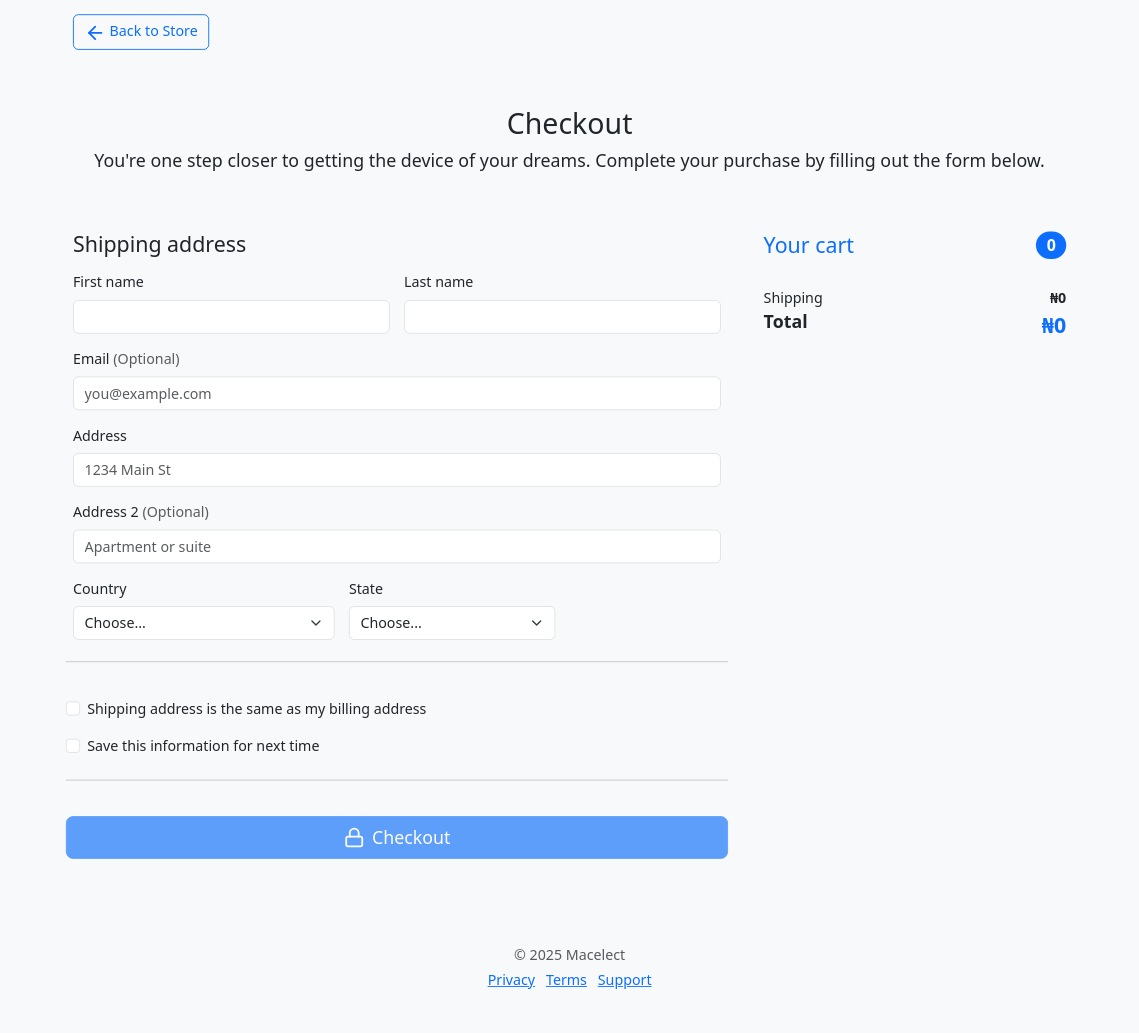
Repository: Davidobi21/macelect
Page: frontend/pages/checkout.html
The author's editor kept a copy of each file at every save. The page is drawn from the files as they stood at one save, then again after the next save.
The browser window is 1280 px wide. The pictures show the whole page, at 89% of full size.

Above is the page before, as saved 2025-04-30 07:38:20.

### frontend/pages/checkout.html
<!DOCTYPE html>
<html lang="en">
<head>
  <meta charset="UTF-8">
  <meta name="viewport" content="width=device-width, initial-scale=1.0">
  <title>Checkout</title>
  <script src="https://cdn.jsdelivr.net/npm/lucide@latest/dist/umd/lucide.min.js"></script>
  <script src="./js/checkout.js" defer></script>
  <link href="https://cdn.jsdelivr.net/npm/bootstrap@5.3.0-alpha1/dist/css/bootstrap.min.css" rel="stylesheet">
</head>
<body class="bg-light">
  <div class="container">
    <!-- Back Button -->
    <div class="py-3">
      <a href="../pages/products.html" class="btn btn-outline-primary align-items-center gap-2">
        <i data-lucide="arrow-left"></i> Back to Store
      </a>
    </div>

    <main>
      <div class="py-5 text-center">
        <h2>Checkout</h2>
        <p class="lead">You're one step closer to getting the device of your dreams. Complete your purchase by filling out the form below.</p>
      </div>

      <div class="row g-5">
        <!-- Cart Summary -->
        <div class="col-md-5 col-lg-4 order-md-last">
          <h4 class="d-flex justify-content-between align-items-center mb-3">
            <span class="text-primary">Your cart</span>
            <span class="badge bg-primary rounded-pill cart-count">0</span>
          </h4>
          <ul class="list-group mb-3" id="cart-summary">
            <!-- Cart items will be dynamically populated here -->
          </ul>
          <li class="list-group-item d-flex justify-content-between">
            <span>Shipping</span>
            <strong id="shipping-cost">₦0</strong>
          </li>
          <li class="list-group-item d-flex justify-content-between">
            <span class="fs-5 fw-bold">Total</span>
            <strong id="cart-total" class="fs-4 fw-bold text-primary">₦0</strong>
          </li>
        </div>

        <!-- Billing Form -->
        <div class="col-md-7 col-lg-8">
          <h4 class="mb-3">Shipping address</h4>
          <form>
            <div class="row g-3">
              <div class="col-sm-6">
                <label for="firstName" class="form-label">First name</label>
                <input type="text" class="form-control" id="firstName" placeholder="" value="" required>
              </div>

              <div class="col-sm-6">
                <label for="lastName" class="form-label">Last name</label>
                <input type="text" class="form-control" id="lastName" placeholder="" value="" required>
              </div>

              <div class="col-12">
                <label for="email" class="form-label">Email <span class="text-muted">(Optional)</span></label>
                <input type="email" class="form-control" id="email" placeholder="you@example.com">
              </div>

              <div class="col-12">
                <label for="address" class="form-label">Address</label>
                <input type="text" class="form-control" id="address" placeholder="1234 Main St" required>
              </div>

              <div class="col-12">
                <label for="address2" class="form-label">Address 2 <span class="text-muted">(Optional)</span></label>
                <input type="text" class="form-control" id="address2" placeholder="Apartment or suite">
              </div>

              <div class="col-md-5">
                <label for="country" class="form-label">Country</label>
                <select class="form-select" id="country" required>
                  <option value="">Choose...</option>
                  <option value="Nigeria">Nigeria</option>
                  <option value="United States">United States</option>
                </select>
              </div>

              <div class="col-md-4">
                <label for="state" class="form-label">State</label>
                <select class="form-select" id="state" required>
                  <option value="">Choose...</option>
                  <option value="Lagos">Lagos</option>
                  <option value="California">California</option>
                </select>
              </div>

            <hr class="my-4">

            <div class="form-check">
              <input type="checkbox" class="form-check-input" id="same-address">
              <label class="form-check-label" for="same-address">Shipping address is the same as my billing address</label>
            </div>

            <div class="form-check">
              <input type="checkbox" class="form-check-input" id="save-info">
              <label class="form-check-label" for="save-info">Save this information for next time</label>
            </div>

            <hr class="my-4">

            <button id="checkoutButton" class="w-100 btn btn-primary btn-lg d-flex align-items-center justify-content-center gap-2" type="submit" disabled>
              <i id="padlockIcon" data-lucide="lock"></i> Checkout
            </button>
          </form>
        </div>
      </div>
    </main>

    <footer class="my-5 pt-5 text-muted text-center text-small">
      <p class="mb-1">© 2025 Macelect</p>
      <ul class="list-inline">
        <li class="list-inline-item"><a href="../pages/fqa.html">Privacy</a></li>
        <li class="list-inline-item"><a href="../pages/fqa.html">Terms</a></li>
        <li class="list-inline-item"><a href="../pages/fqa.html">Support</a></li>
      </ul>
    </footer>
  </div>
  <script src="https://cdn.jsdelivr.net/npm/bootstrap@5.3.0-alpha1/dist/js/bootstrap.bundle.min.js"></script>
</body>
</html>

### frontend/pages/js/checkout.js
document.addEventListener("DOMContentLoaded", () => {
  lucide.createIcons(); // Initialize Lucide icons

  const cartSummary = document.getElementById("cart-summary");
  const cartTotal = document.getElementById("cart-total");
  const shippingCostElement = document.getElementById("shipping-cost");
  const cartCount = document.querySelector(".cart-count");
  const countrySelect = document.getElementById("country");
  const stateSelect = document.getElementById("state");
  const checkoutButton = document.getElementById("checkoutButton");
  const padlockIcon = document.getElementById("padlockIcon");
  const formInputs = document.querySelectorAll("#firstName, #lastName, #email, #address, #country, #state, #zip");

  const cart = JSON.parse(localStorage.getItem("cart")) || [];
  let total = 0;

  function calculateShippingCost(country, state) {
    if (country !== "Nigeria") return 0;

    const distanceTiers = {
      // Distance Level 0 (Abuja)
      "Abuja": 0,

      // Distance Level 1 (nearby states)
      "Nasarawa": 1,
      "Kogi": 1,
      "Kaduna": 1,
      "Niger": 1,

      // Distance Level 2
      "Benue": 2,
      "Kwara": 2,
      "Plateau": 2,
      "Taraba": 2,

      // Distance Level 3
      "Lagos": 3,
      "Oyo": 3,
      "Ondo": 3,
      "Edo": 3,
      "Delta": 3,

      // Distance Level 4 (farther states)
      "Anambra": 4,
      "Enugu": 4,
      "Imo": 4,
      "Rivers": 4,
      "Akwa Ibom": 4,
      "Bayelsa": 4,
      "Borno": 4,
      "Yobe": 4,
      "Zamfara": 4,
      "Sokoto": 4,
      "Kebbi": 4,
      "Kano": 4,
      "Jigawa": 4,
      "Gombe": 4,
      "Bauchi": 4,
      "Ekiti": 4,
      "Osun": 4,
      "Ebonyi": 4,
      "Abia": 4,
      "Cross River": 4,

      // Default tier if not listed
      "Others": 3
    };

    const tier = distanceTiers[state] !== undefined ? distanceTiers[state] : distanceTiers["Others"];
    return 2000 * (tier + 1); // base = ₦2000, so tier 0 = ₦2000, tier 1 = ₦4000, etc.
  }


  function updateCartSummary() {
    cartSummary.innerHTML = ""; // Clear existing content
    total = 0;

    cart.forEach(item => {
      const itemTotal = item.price * item.quantity;
      total += itemTotal;

      const listItem = document.createElement("li");
      listItem.className = "list-group-item d-flex justify-content-between lh-sm";
      listItem.innerHTML = `
        <div>
          <h6 class="my-0">${item.name}</h6>
          <small class="text-muted">Quantity: ${item.quantity}</small>
        </div>
        <span class="text-muted">₦${itemTotal.toLocaleString()}</span>
      `;
      cartSummary.appendChild(listItem);
    });

    const country = countrySelect.value;
    const state = stateSelect.value;
    const shippingCost = calculateShippingCost(country, state);

    shippingCostElement.textContent = `₦${shippingCost.toLocaleString()}`;
    cartTotal.textContent = `₦${(total + shippingCost).toLocaleString()}`;
    cartCount.textContent = cart.reduce((count, item) => count + item.quantity, 0);

    validateCheckoutButton(); // Check if the button should be enabled
  }

  function validateCheckoutButton() {
    const isFormValid = Array.from(formInputs).every(input => input.value.trim() !== "");
    const isCartNotEmpty = cart.length > 0;

    if (isFormValid && isCartNotEmpty) {
      checkoutButton.disabled = false;
      padlockIcon.setAttribute("data-lucide", "unlock");
    } else {
      checkoutButton.disabled = true;
      padlockIcon.setAttribute("data-lucide", "lock");
    }
    lucide.createIcons(); // Refresh Lucide icons after updating the padlock
  }

  formInputs.forEach(input => {
    input.addEventListener("input", validateCheckoutButton);
  });

  countrySelect.addEventListener("change", updateCartSummary);
  stateSelect.addEventListener("change", updateCartSummary);

  updateCartSummary(); // Initial update
});

After the next save:
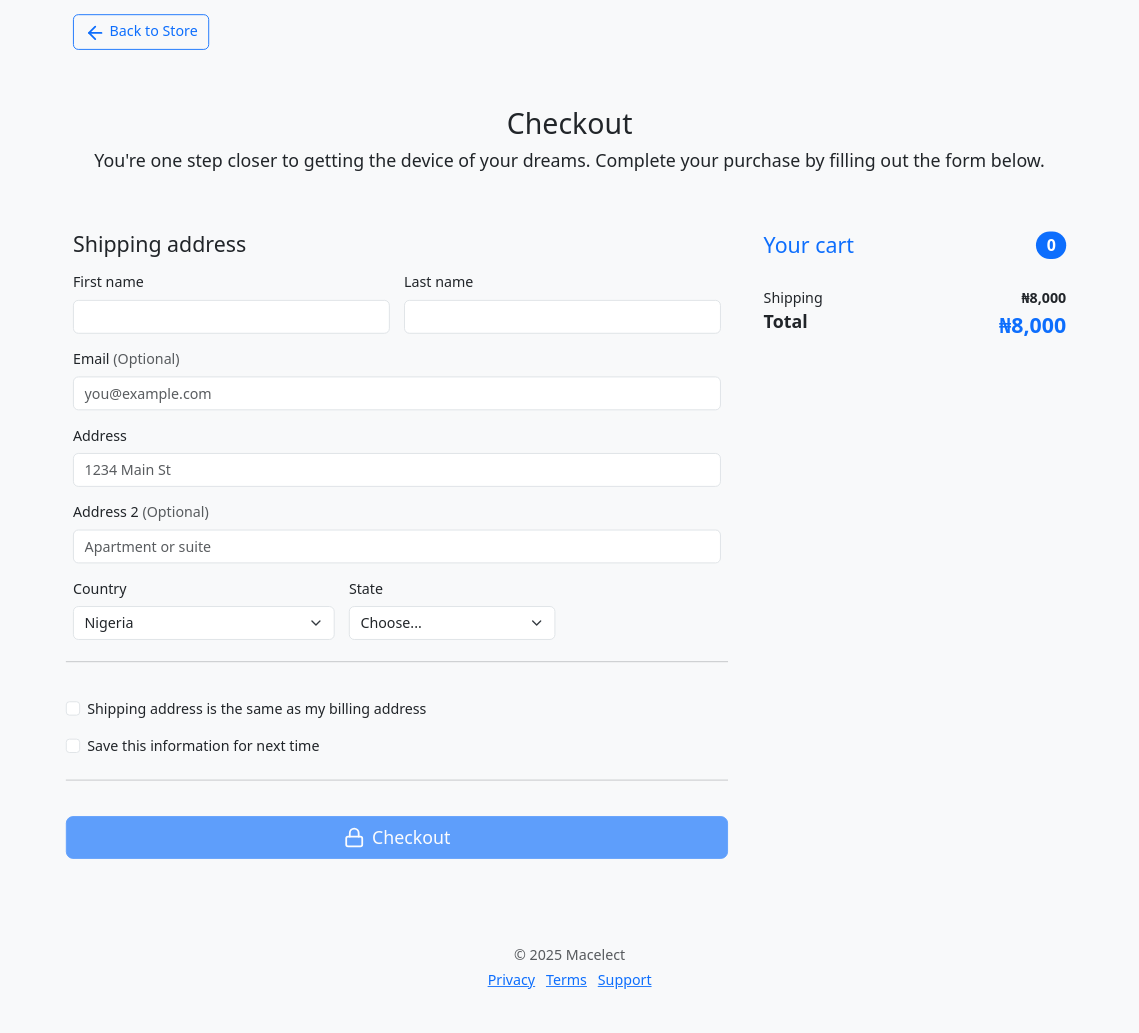
Saved 69 s later.
--- a/frontend/pages/checkout.html
+++ b/frontend/pages/checkout.html
@@ -77,8 +77,7 @@
                 <label for="country" class="form-label">Country</label>
                 <select class="form-select" id="country" required>
                   <option value="">Choose...</option>
-                  <option value="Nigeria">Nigeria</option>
-                  <option value="United States">United States</option>
+                  <option value="Nigeria" selected>Nigeria</option>
                 </select>
               </div>
 
@@ -86,10 +85,43 @@
                 <label for="state" class="form-label">State</label>
                 <select class="form-select" id="state" required>
                   <option value="">Choose...</option>
+                  <option value="Abuja">Abuja</option>
+                  <option value="Nasarawa">Nasarawa</option>
+                  <option value="Kogi">Kogi</option>
+                  <option value="Kaduna">Kaduna</option>
+                  <option value="Niger">Niger</option>
+                  <option value="Benue">Benue</option>
+                  <option value="Kwara">Kwara</option>
+                  <option value="Plateau">Plateau</option>
+                  <option value="Taraba">Taraba</option>
                   <option value="Lagos">Lagos</option>
-                  <option value="California">California</option>
+                  <option value="Oyo">Oyo</option>
+                  <option value="Ondo">Ondo</option>
+                  <option value="Edo">Edo</option>
+                  <option value="Delta">Delta</option>
+                  <option value="Anambra">Anambra</option>
+                  <option value="Enugu">Enugu</option>
+                  <option value="Imo">Imo</option>
+                  <option value="Rivers">Rivers</option>
+                  <option value="Akwa Ibom">Akwa Ibom</option>
+                  <option value="Bayelsa">Bayelsa</option>
+                  <option value="Borno">Borno</option>
+                  <option value="Yobe">Yobe</option>
+                  <option value="Zamfara">Zamfara</option>
+                  <option value="Sokoto">Sokoto</option>
+                  <option value="Kebbi">Kebbi</option>
+                  <option value="Kano">Kano</option>
+                  <option value="Jigawa">Jigawa</option>
+                  <option value="Gombe">Gombe</option>
+                  <option value="Bauchi">Bauchi</option>
+                  <option value="Ekiti">Ekiti</option>
+                  <option value="Osun">Osun</option>
+                  <option value="Ebonyi">Ebonyi</option>
+                  <option value="Abia">Abia</option>
+                  <option value="Cross River">Cross River</option>
                 </select>
               </div>
+
 
             <hr class="my-4">
 
